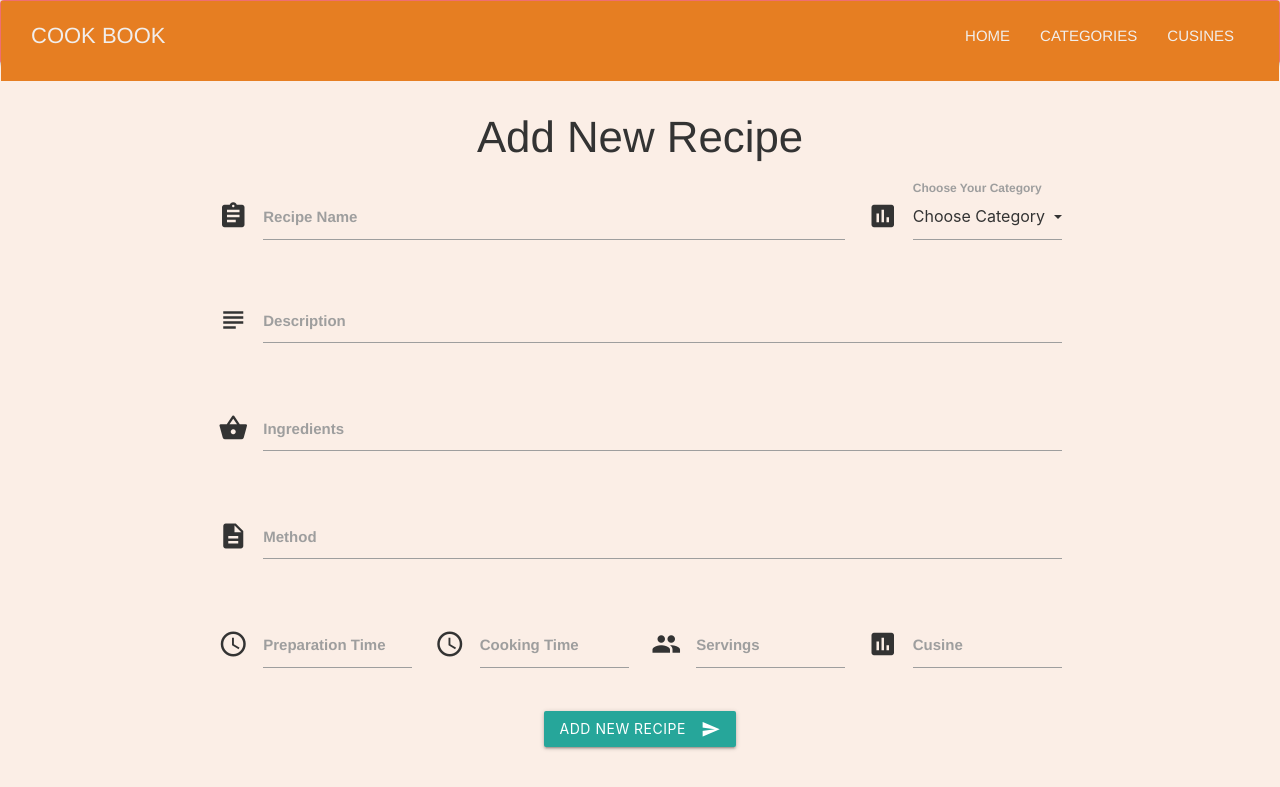
Repository: atena123/COOK-BOOK
Page: http://localhost/add_recipe
The author's editor kept a record of every edit. The page is drawn from the files as they stood at one moment, then again after the next edit.
The browser window is 1280 px wide. The pictures show the whole page.
Some web libraries are served in a nearby version. The page is served by the project's application, run on Flask 3 (app.py). Queries for data that is not in the repository find no rows.

Above is the page before.

After the next edit:
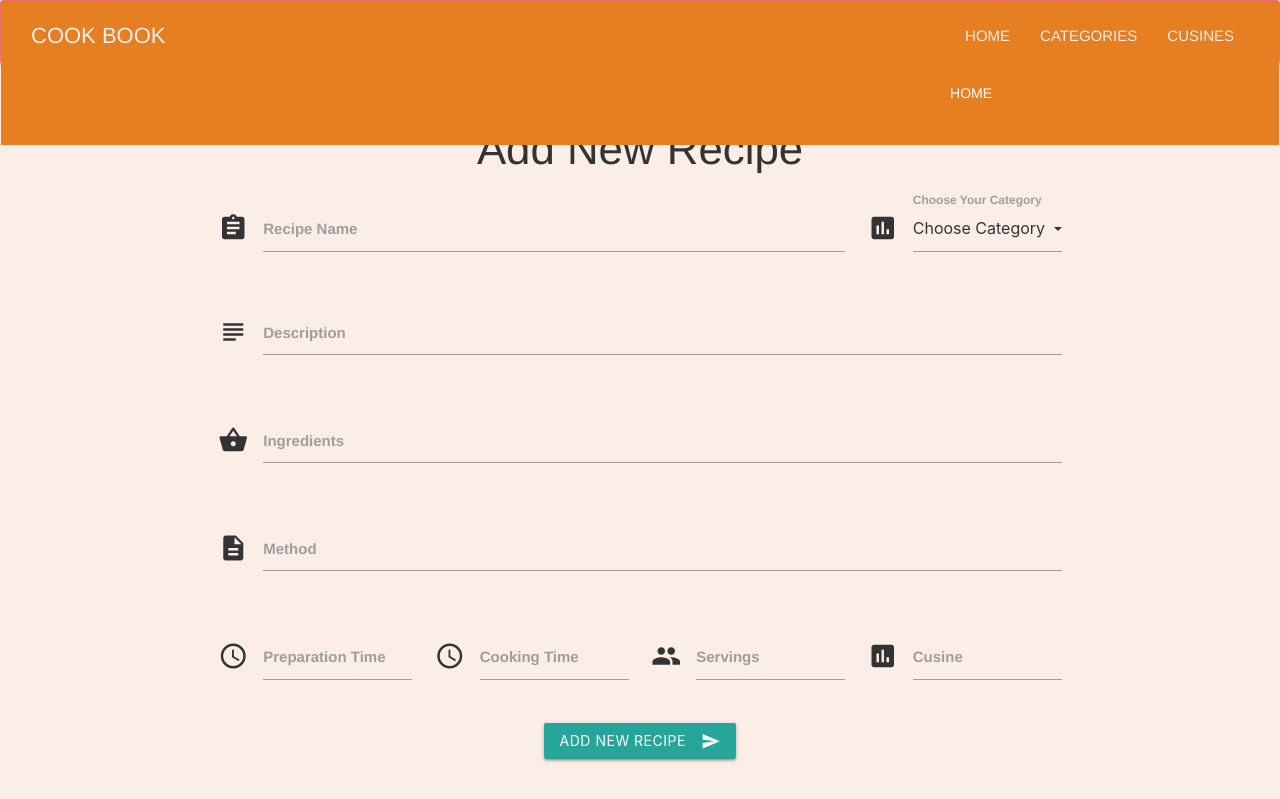
The edit:
--- a/templates/base.html
+++ b/templates/base.html
@@ -27,7 +27,7 @@
                         </div>
                         <div class="collapse navbar-collapse" id="bs-example-navbar-collapse-1">
                             <ul class="nav navbar-nav navbar-right">
-                                <li><a href="{{url_for('find_recipes')}}">HOME</a></li>
+                                <li><a href="{{url_for('find_recipes')}}">HOME</a>HOME</li>
                                 <li><a href="{{url_for('find_categories')}}">CATEGORIES</a></li>
                                 <li><a href="{{url_for('find_cusines')}}">CUSINES</a></li>
                             </ul>

After the edit that followed:
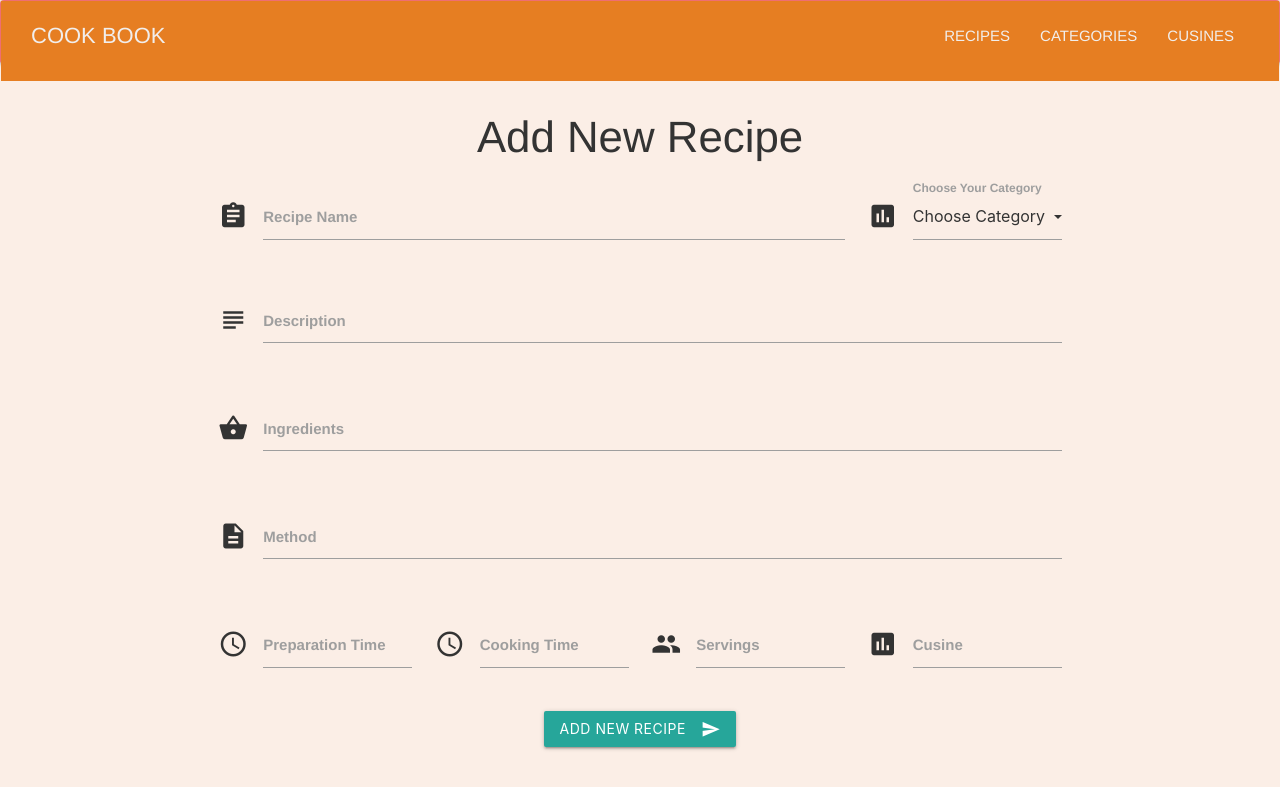
The edit:
--- a/templates/base.html
+++ b/templates/base.html
@@ -27,7 +27,7 @@
                         </div>
                         <div class="collapse navbar-collapse" id="bs-example-navbar-collapse-1">
                             <ul class="nav navbar-nav navbar-right">
-                                <li><a href="{{url_for('find_recipes')}}">HOME</a>HOME</li>
+                                <li><a href="{{url_for('find_recipes')}}">RECIPES</a></li>
                                 <li><a href="{{url_for('find_categories')}}">CATEGORIES</a></li>
                                 <li><a href="{{url_for('find_cusines')}}">CUSINES</a></li>
                             </ul>
